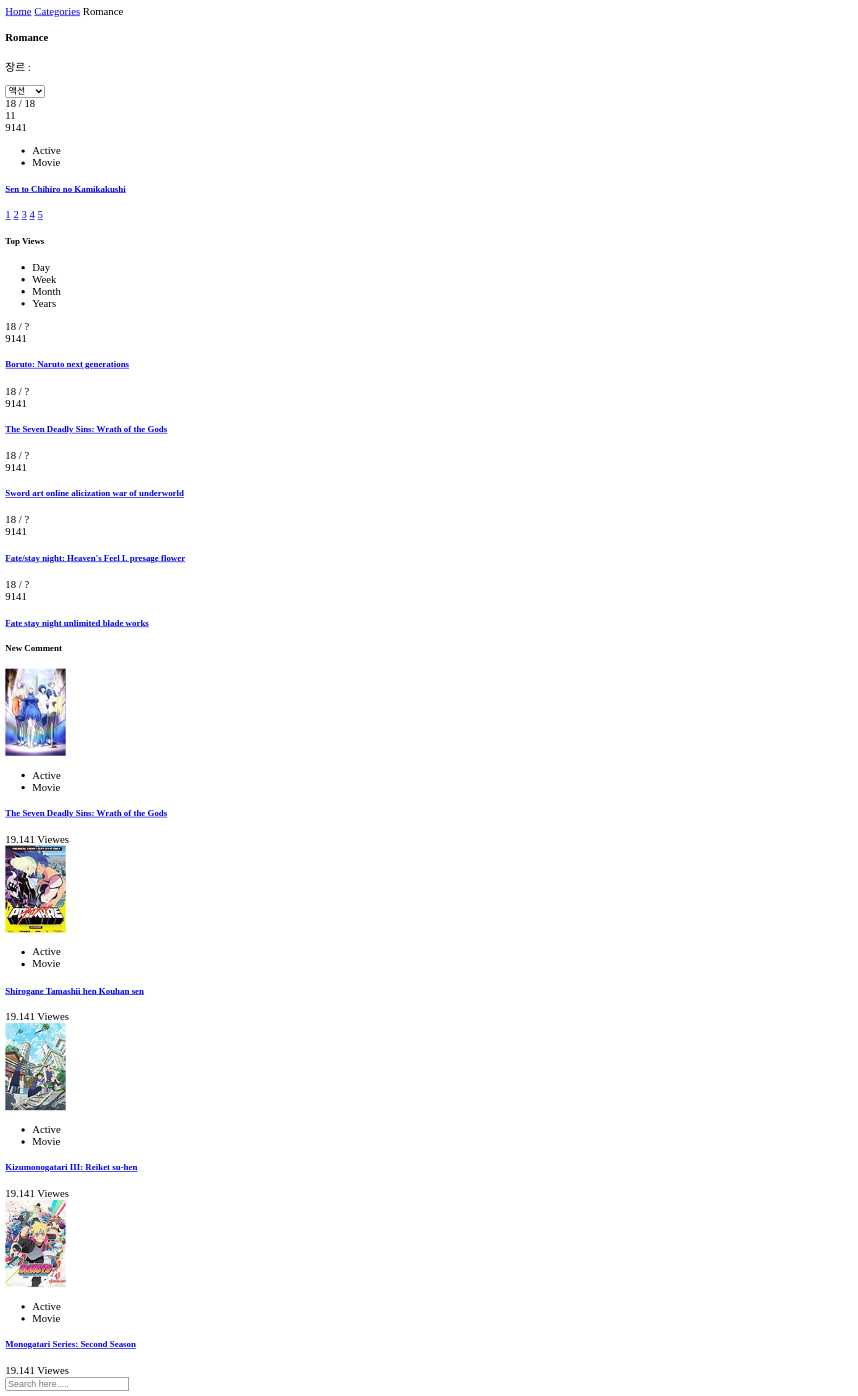
Repository: DavidJeonKr/Movidic
Page: http://localhost/Movidic/WEB-INF/views/movie/category.jsp
These files come from the project's save history. The page is drawn as it stood at one moment and after the next save; the edit follows.
The browser window is 1280 px wide. The pictures show the whole page, at 67% of full size.
The page is served by Tomcat 9. Nobody is signed in. The template is opened directly, without the code that normally fills it, so the values that code supplies are empty.

Above is the page before, as saved 2022-05-12 08:09:37.

After the next save:
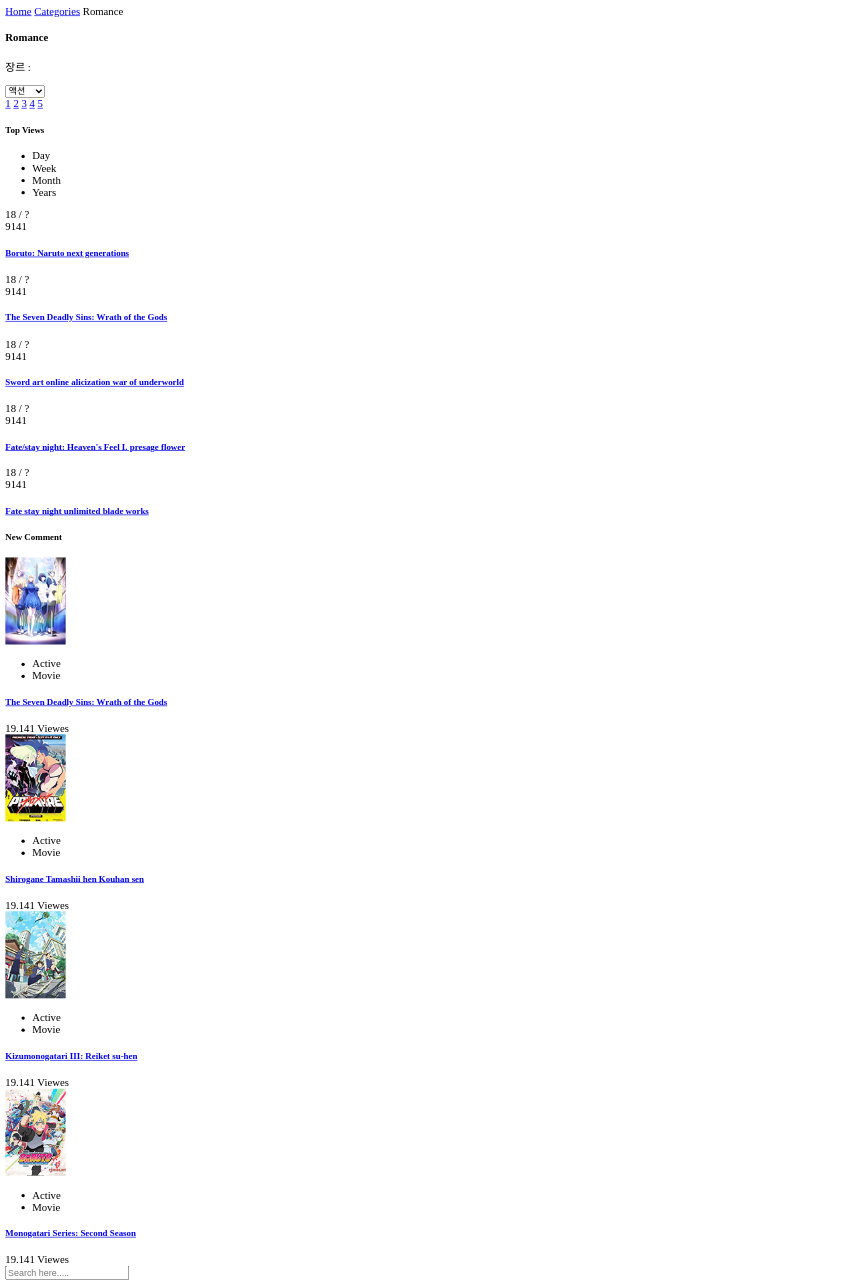
Saved 5 min 21 s later.
--- a/Movidic/src/main/webapp/WEB-INF/views/movie/category.jsp
+++ b/Movidic/src/main/webapp/WEB-INF/views/movie/category.jsp
@@ -65,29 +65,7 @@
 							</div>
 						</div>
 						<div class="row category_movies">
-							<div class="col-lg-4 col-md-6 col-sm-6">
-								<div class="product__item">
-									<div class="product__item__pic set-bg"
-										data-setbg="${pageContext.request.contextPath }/resources/img/popular/popular-1.jpg">
-										<div class="ep">18 / 18</div>
-										<div class="comment">
-											<i class="fa fa-comments"></i> 11
-										</div>
-										<div class="view">
-											<i class="fa fa-eye"></i> 9141
-										</div>
-									</div>
-									<div class="product__item__text">
-										<ul>
-											<li>Active</li>
-											<li>Movie</li>
-										</ul>
-										<h5>
-											<a href="#">Sen to Chihiro no Kamikakushi</a>
-										</h5>
-									</div>
-								</div>
-							</div>
+
 
 						</div>
 					</div>
